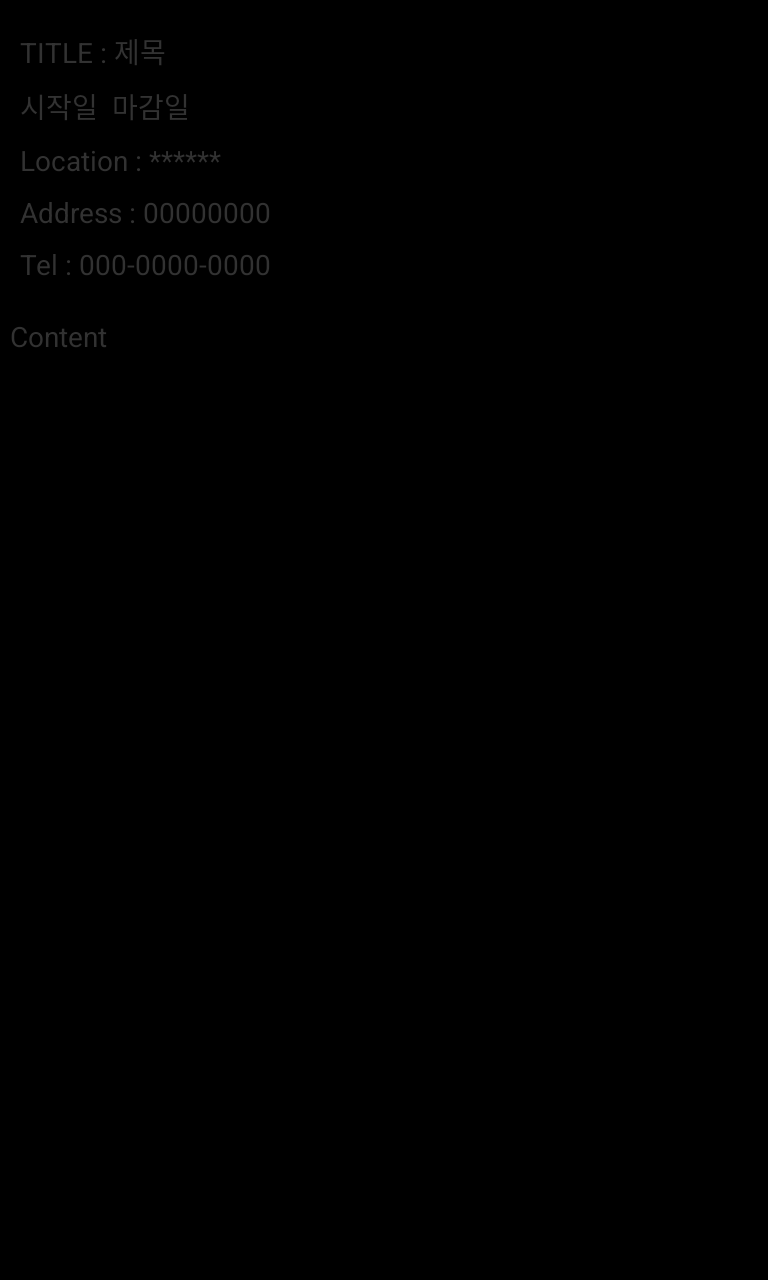
Repository: chlduq04/java
Layout: Culturemap/res/layout/detail.xml
An editor plug-in stored every save of this project. The layout is shown before and after the next save, followed by the edit.
It is drawn on a 768 x 1280 px phone screen (xhdpi) without system bars, with theme AppTheme; the app's code is not run.

Above is the layout before, as saved 2012-07-23 07:15:00.

### Culturemap/res/layout/detail.xml
<?xml version="1.0" encoding="utf-8"?>
<LinearLayout xmlns:android="http://schemas.android.com/apk/res/android"
    android:layout_width="match_parent"
    android:layout_height="match_parent"
    android:orientation="vertical"
    android:background="#000000">

    <LinearLayout
        android:layout_width="match_parent"
        android:layout_height="wrap_content"
        android:layout_margin="5dip"
        android:layout_weight="0.15"
        android:orientation="vertical"
        android:padding="5dip" >

        <LinearLayout
            android:layout_width="fill_parent"
            android:layout_height="wrap_content"
            android:layout_weight="1"
            android:paddingTop="5dip" >

            <TextView
                android:layout_width="wrap_content"
                android:layout_height="wrap_content"
                android:text="TITLE : " >
            </TextView>

            <TextView
                android:layout_width="wrap_content"
                android:layout_height="wrap_content"
                android:text="제목" >
            </TextView>
        </LinearLayout>

        <LinearLayout
            android:layout_width="fill_parent"
            android:layout_height="wrap_content"
            android:layout_weight="1"
            android:paddingTop="5dip" >

            <TextView
                android:layout_width="wrap_content"
                android:layout_height="wrap_content"
                android:text="시작일  " >
            </TextView>

            <TextView
                android:layout_width="wrap_content"
                android:layout_height="wrap_content"
                android:text="마감일" >
            </TextView>
        </LinearLayout>

        <LinearLayout
            android:layout_width="fill_parent"
            android:layout_height="wrap_content"
            android:layout_weight="1"
            android:paddingTop="5dip" >

            <TextView
                android:layout_width="wrap_content"
                android:layout_height="wrap_content"
                android:text="Location : " >
            </TextView>

            <TextView
                android:layout_width="wrap_content"
                android:layout_height="wrap_content"
                android:text="******" >
            </TextView>
        </LinearLayout>

        <LinearLayout
            android:layout_width="fill_parent"
            android:layout_height="wrap_content"
            android:layout_weight="1"
            android:paddingTop="5dip" >

            <TextView
                android:layout_width="wrap_content"
                android:layout_height="wrap_content"
                android:text="Address : " >
            </TextView>

            <TextView
                android:layout_width="wrap_content"
                android:layout_height="wrap_content"
                android:text="00000000" >
            </TextView>
        </LinearLayout>

        <LinearLayout
            android:layout_width="fill_parent"
            android:layout_height="wrap_content"
            android:layout_weight="1"
            android:paddingTop="5dip" >

            <TextView
                android:layout_width="wrap_content"
                android:layout_height="wrap_content"
                android:text="Tel : " >
            </TextView>

            <TextView
                android:layout_width="wrap_content"
                android:layout_height="wrap_content"
                android:text="000-0000-0000" >
            </TextView>
        </LinearLayout>
    </LinearLayout>

    <LinearLayout
        android:layout_width="match_parent"
        android:layout_height="wrap_content"
        android:layout_margin="5dip"
        android:layout_margin="5dip"
        android:layout_weight="6"
        android:orientation="vertical" >

        <TextView
            android:layout_width="fill_parent"
            android:layout_height="fill_parent"
            android:text="Content" />

    </LinearLayout>

    <LinearLayout
        android:layout_width="match_parent"
        android:layout_height="wrap_content"
        android:layout_margin="5dip"
        android:layout_margin="5dip"
        android:layout_weight="0.8"
        android:orientation="vertical" >
    </LinearLayout>

</LinearLayout>

Loaded but not shown: Culturemap/res/values/styles.xml (common file)

After the next save:
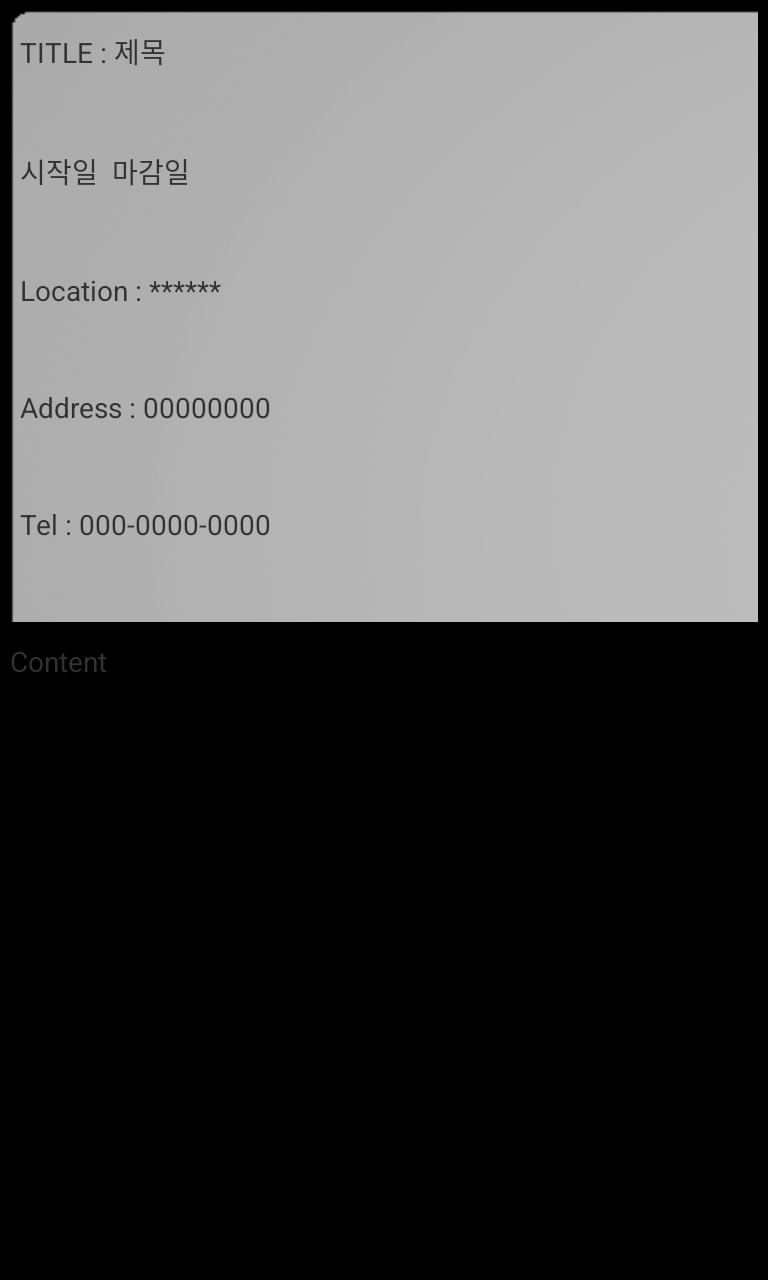
Saved 2 min 12 s later.
--- a/Culturemap/res/layout/detail.xml
+++ b/Culturemap/res/layout/detail.xml
@@ -6,6 +6,7 @@
     android:background="#000000">
 
     <LinearLayout
+        android:background="@drawable/content"
         android:layout_width="match_parent"
         android:layout_height="wrap_content"
         android:layout_margin="5dip"
